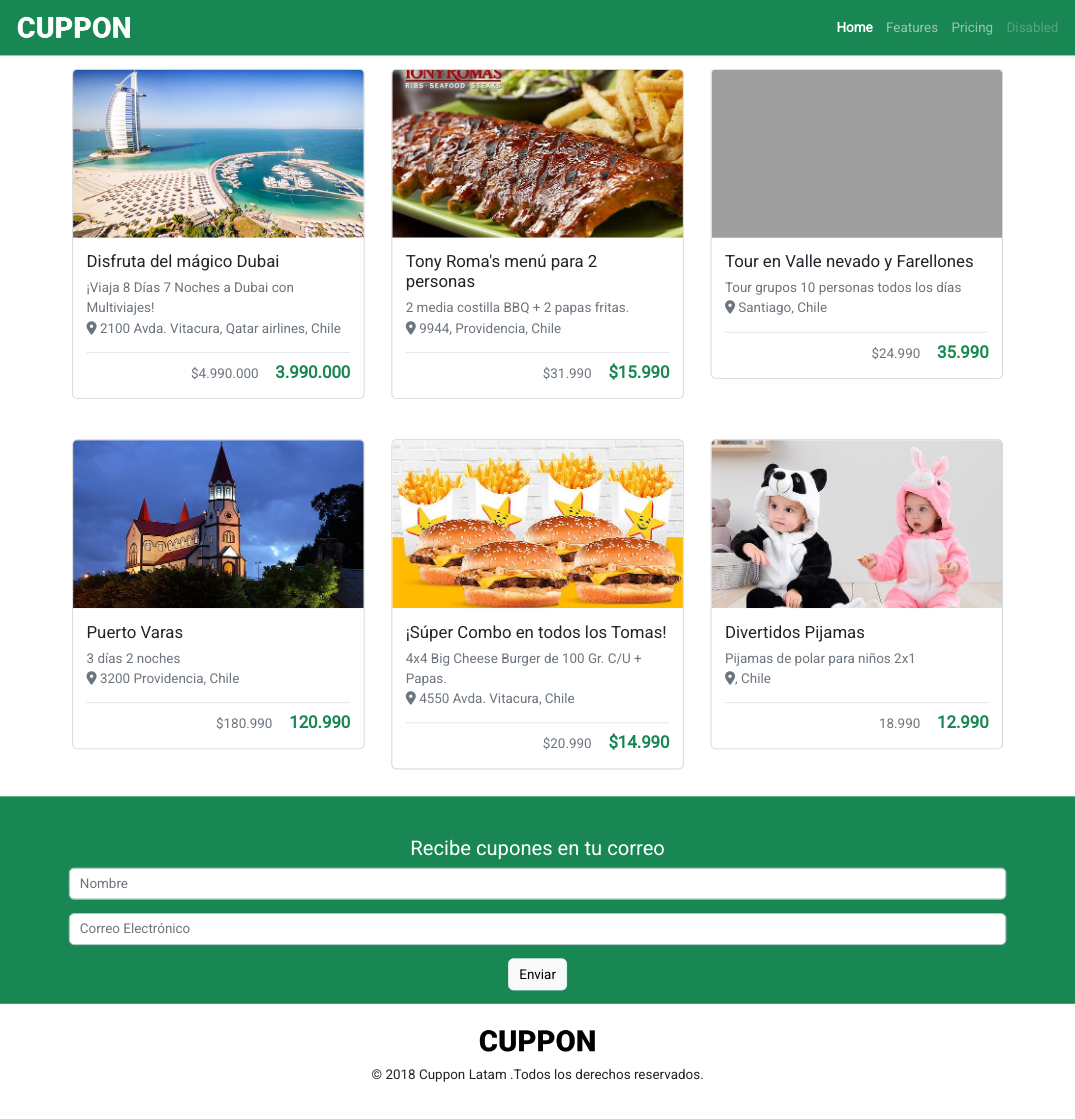
Repository: Yasna2112/Portafolio_CUPPON
Page: index.html
An editor plug-in stored every save of this project. The page is shown before and after the next save, followed by the edit.
The browser window is 1280 px wide. The pictures show the whole page, at 84% of full size.
Pictures or frames that could not be fetched are drawn as grey boxes. Some web libraries are served in a nearby version.

Above is the page before, as saved 2022-07-25 20:27:07.

### index.html
<!DOCTYPE html>
<html lang="en">

<head>
    <meta charset="UTF-8">
    <meta http-equiv="X-UA-Compatible" content="IE=edge">
    <meta name="viewport" content="width=device-width, initial-scale=1.0">
    <title>Cuppon</title>

    <!-- CSS only -->
    <link href="https://cdn.jsdelivr.net/npm/bootstrap@5.2.0-beta1/dist/css/bootstrap.min.css" rel="stylesheet" integrity="sha384-0evHe/X+R7YkIZDRvuzKMRqM+OrBnVFBL6DOitfPri4tjfHxaWutUpFmBp4vmVor" crossorigin="anonymous">

    <!--Googlefont-->
    <link rel="preconnect" href="https://fonts.googleapis.com">
    <link rel="preconnect" href="https://fonts.gstatic.com" crossorigin>
    <link href="https://fonts.googleapis.com/css2?family=Roboto:wght@300;400&display=swap" rel="stylesheet">

    <!--FontAwesome-->
    <script src="https://kit.fontawesome.com/e018fda59c.js" crossorigin="anonymous"></script>

    <!--custom css-->
    <link rel="stylesheet" href="/assets/css/style.css">

</head>

<body>

  <nav class="navbar navbar-expand-lg navbar-dark bg-success">
    <div class="container-fluid">
      <a class="navbar-brand px-2 logo" href="#"> <img src="assets/img/logo-white.png" alt="logo"></a>
      <button class="navbar-toggler" type="button" data-bs-toggle="collapse"
      data-bs-target="#navbarNav" aria-controls="navbarNav" aria-expanded="false"
      aria-label="Toggle navigation">
        <span class="navbar-toggler-icon"></span>
      </button>
      <div class="collapse navbar-collapse" id="navbarNav">
        <ul class="navbar-nav ms-auto">
          <li class="nav-item">
            <a class="nav-link active fw-bold " aria-current="page" href="#">Home</a>
          </li>
          <li class="nav-item">
            <a class="nav-link" href="#">Features</a>
          </li>
          <li class="nav-item">
            <a class="nav-link" href="#">Pricing</a>
          </li>
          <li class="nav-item">
            <a class="nav-link disabled">Disabled</a>
          </li>
        </ul>
      </div>
    </div>
  </nav>

  <div class="container">
    <section class="row">

      <div class="col-12 col-sm-4 p-3">
        <div class="card p-0 mb-3">
             <img src="/assets/img/cuppon 1 Dubai.jpg" class="card-img-top"  alt="Viaja a Dubai">
          <div class="card-body">
             <h5 class="card-title">Disfruta del mágico Dubai</h5>
             <p class="card-text text-secondary">¡Viaja 8 Días 7 Noches a Dubai con Multiviajes!<br />
             <i class="fa-solid fa-location-dot"></i> 2100 Avda. Vitacura, Qatar airlines, Chile</p>
          <div class="text-end border-top pt-2 mt-2">
             <span class="text-secondary">$4.990.000 </span>
             <span class="text-success fw-bold precio ms-3">3.990.000  </span>
          </div>
          </div>
        </div>
      </div>


      <div class="col-12 col-sm-4 p-3">
        <div class="card p-0 mb-3">
             <img src="/assets/img/carnitas asadas.jpg" class="card-img-top"  alt="Viaja a Dubai">
          <div class="card-body">
             <h5 class="card-title">Tony Roma's menú para 2 personas</h5>
             <p class="card-text text-secondary">2 media costilla BBQ + 2 papas fritas.<br />
             <i class="fa-solid fa-location-dot"></i> 9944, Providencia, Chile </p>
          <div class="text-end border-top pt-2 mt-2">
             <span class="text-secondary">$31.990</span>
             <span class="text-success fw-bold precio ms-3">$15.990  </span>
          </div>
          </div>
        </div>
      </div>


      <div class="col-12 col-sm-4 p-3">
        <div class="card p-0 mb-3">
             <img src="/assets/img/girl-learning-to-snowboard-at-mountain-resort-with-the-ski-lift-in-the-background (1).jpg" class="card-img-top"  alt="Viaja a Dubai">
          <div class="card-body">
             <h5 class="card-title">Tour en Valle nevado y Farellones</h5>
             <p class="card-text text-secondary">Tour grupos 10 personas todos los días<br />
             <i class="fa-solid fa-location-dot"></i> Santiago, Chile </p>
          <div class="text-end border-top pt-2 mt-2">
             <span class="text-secondary">$24.990</span>
             <span class="text-success fw-bold precio ms-3">35.990  </span>
          </div>
          </div>
        </div>
      </div>


      <div class="col-12 col-sm-4 p-3">
        <div class="card p-0 mb-3">
             <img src="/assets/img/p varas.jpg" class="card-img-top"  alt="Viaja a Dubai">
          <div class="card-body">
             <h5 class="card-title">Puerto Varas</h5>
             <p class="card-text text-secondary">3 días 2 noches<br />
             <i class="fa-solid fa-location-dot"></i> 3200 Providencia, Chile </p>
          <div class="text-end border-top pt-2 mt-2">
             <span class="text-secondary">$180.990</span>
             <span class="text-success fw-bold precio ms-3">120.990  </span>
          </div>
          </div>
        </div>
      </div>


      <div class="col-12 col-sm-4 p-3">
        <div class="card p-0 mb-3">
             <img src="/assets/img/hamburguesa.jpg" class="card-img-top"  alt="Combo hamburguesas">
          <div class="card-body">
             <h5 class="card-title">¡Súper Combo en todos los Tomas!</h5>
             <p class="card-text text-secondary">4x4 Big Cheese Burger de 100 Gr. C/U + Papas.<br />
             <i class="fa-solid fa-location-dot"></i> 4550 Avda. Vitacura, Chile </p>
          <div class="text-end border-top pt-2 mt-2">
             <span class="text-secondary"> $20.990</span>
             <span class="text-success fw-bold precio ms-3"> $14.990  </span>
          </div>
          </div>
        </div>
      </div>


      <div class="col-12 col-sm-4 p-3">
        <div class="card p-0 mb-3">
             <img src="/assets/img/pijamas niños.jpg" class="card-img-top"  alt="Pijamas">
          <div class="card-body">
             <h5 class="card-title">Divertidos Pijamas</h5>
             <p class="card-text text-secondary">Pijamas de polar para niños 2x1<br />
             <i class="fa-solid fa-location-dot"></i>, Chile </p>
          <div class="text-end border-top pt-2 mt-2">
             <span class="text-secondary">18.990</span>
             <span class="text-success fw-bold precio ms-3">12.990  </span>
          </div>
          </div>
        </div>
      </div>

    </section>
  </div>

    <section class="bg-success pt-5 pb-3 mb-4">
      <form class="container text-center">
        <h4 class="text-white">Recibe cupones en tu correo</h4>
        <div class="mb-3">
          <input type="text" class="form-control" id="nombre" placeholder="Nombre">
        </div>
        <div class="mb-3">
          <input type="text" class="form-control" id="email" placeholder="Correo Electrónico"> </div>
        </div class='mb-3'>
        <button class="btn btn-light">Enviar</button>
        <div>
      </form>
    </section>

    <footer class="text-center pb-4">
      <h3> <img src="./assets/img/logo-black.png" width="140" alt="Logo 2"></h3>
        <p> © 2018 Cuppon Latam .Todos los derechos reservados. </p>
    </footer>

    <!-- JavaScript Bundle with Popper -->
<script src="https://cdn.jsdelivr.net/npm/bootstrap@5.2.0-beta1/dist/js/bootstrap.bundle.min.js" integrity="sha384-pprn3073KE6tl6bjs2QrFaJGz5/SUsLqktiwsUTF55Jfv3qYSDhgCecCxMW52nD2" crossorigin="anonymous"></script>
</body>

</html>

### Assets/css/style.css
body {
    color:#212529;
    font-family:'Roboto', 'sans-serif';
    font-weight: 300px;
    font-size: 16px;
}

h5 {
    font-size: 20px;
}
.navbar img {
   height: 40px;
    }

.precio {
    font-size: 20px;
    font-weight: 400px;
}
.card img {
    height: 200px;
    object-fit: cover;
    object-position: middle;
}

After the next save:
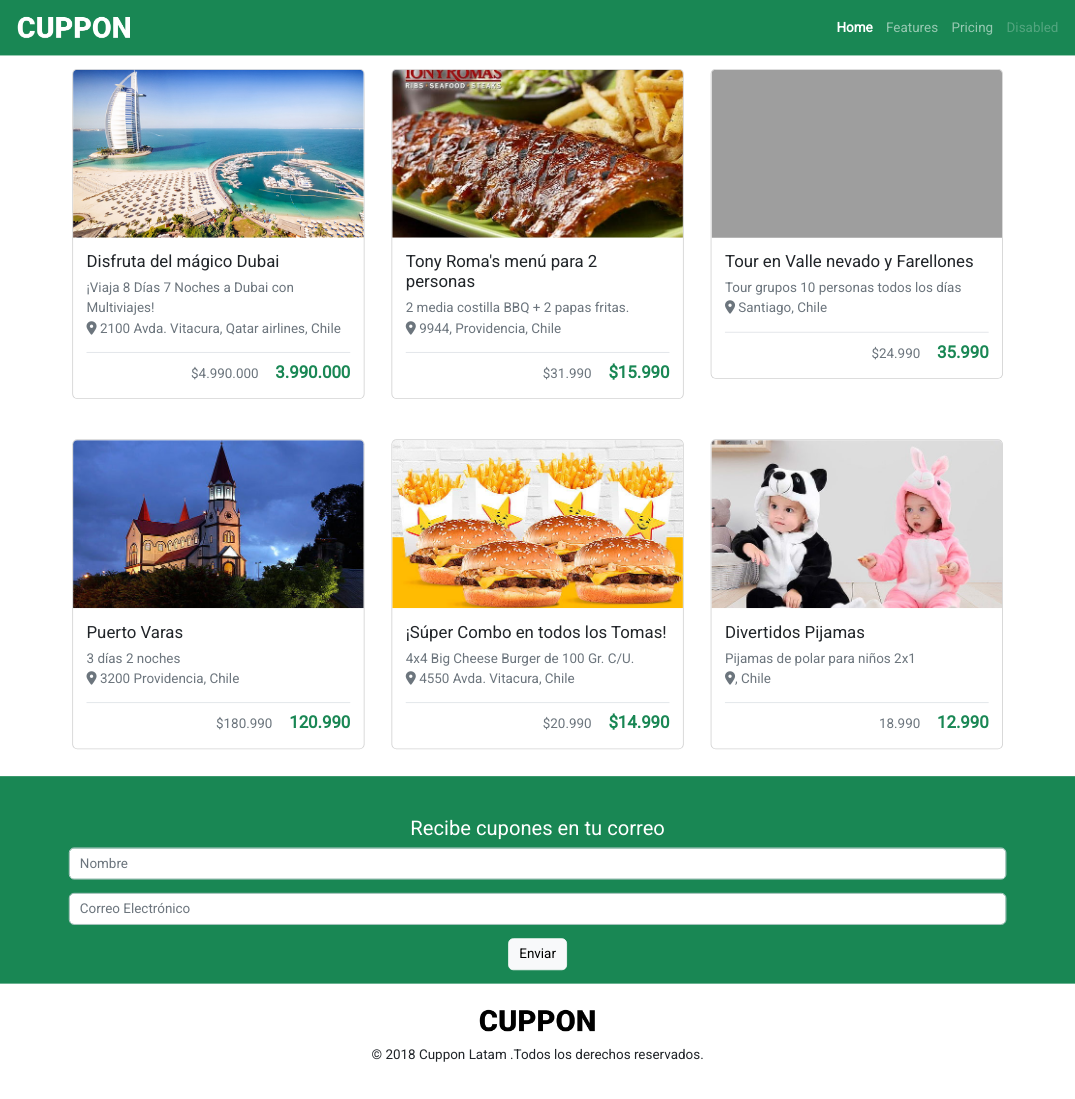
Saved 6 s later.
--- a/index.html
+++ b/index.html
@@ -124,7 +124,7 @@
              <img src="/assets/img/hamburguesa.jpg" class="card-img-top"  alt="Combo hamburguesas">
           <div class="card-body">
              <h5 class="card-title">¡Súper Combo en todos los Tomas!</h5>
-             <p class="card-text text-secondary">4x4 Big Cheese Burger de 100 Gr. C/U + Papas.<br />
+             <p class="card-text text-secondary">4x4 Big Cheese Burger de 100 Gr. C/U.<br />
              <i class="fa-solid fa-location-dot"></i> 4550 Avda. Vitacura, Chile </p>
           <div class="text-end border-top pt-2 mt-2">
              <span class="text-secondary"> $20.990</span>
